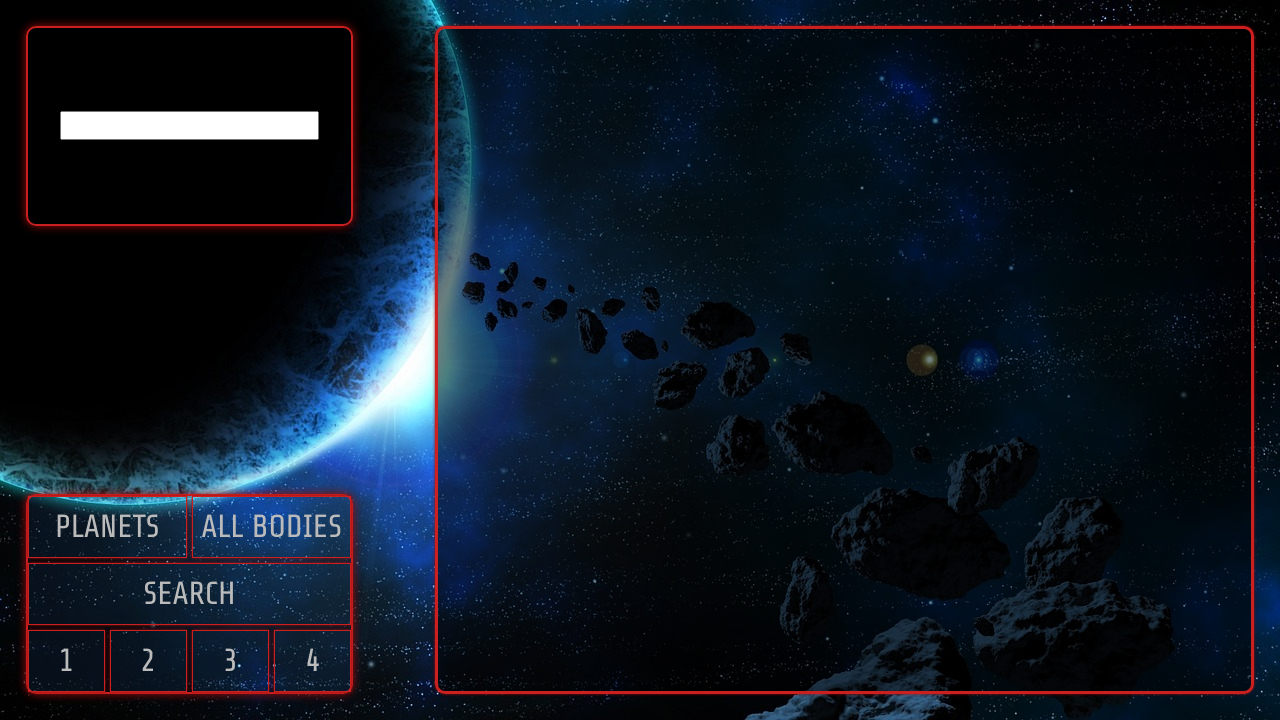
Repository: Przemek-Szadkowski/space-bodies
Page: /
An editor plug-in stored every save of this project. The page is shown before and after the next save, followed by the edit.
The browser window is 1280 px wide. The pictures show the whole page.
The page's requests for data from a server got no answer. The project was rebuilt for these pictures with package versions that can differ from the ones it lists, and the page was loaded fresh each time. No one was signed in, and anything a server would have sent is missing. Also part of the build but not shown: src/components/BodieRecord.js.

Above is the page before, as saved 2021-11-27 14:06:52.

### public/index.html
<!DOCTYPE html>
<html lang="en">
  <head>
    <meta charset="utf-8" />
    <meta name="viewport" content="width=device-width, initial-scale=1" />
    <meta />
    <title>Space-bodies</title>
    <link
      href="https://fonts.googleapis.com/css2?family=Share+Tech&display=swap"
      rel="stylesheet"
    />
  </head>
  <body>
    <noscript>You need to enable JavaScript to run this app.</noscript>
    <div id="root"></div>
  </body>
</html>

### src/index.css
* {
  margin: 0;
  padding: 0;
  box-sizing: border-box;
  font-family: "Share Tech", sans-serif;
}

body {
  height: 100vh;
  width: 100%;
  background-image: url(./images/space-g1a6520065_1280.jpg);
  background-position: center;
  background-repeat: no-repeat;
  background-size: cover;
  overflow: hidden;
  transition: 1s;
}

main {
  height: 100vh;
  width: 100%;
  padding: 2%;
  display: grid;
  grid-template-columns: 1fr 2fr;
  grid-template-rows: 1fr 1fr;
}

/***DASHBOARD ***/

.dashboard {
  display: grid;
  grid-template-columns: repeat(4, 1fr);
  grid-template-rows: repeat(3, 1fr);
  column-gap: 5px;
  row-gap: 5px;
  align-self: end;
  justify-self: start;
  grid-area: 2/1/3/2;
  height: 200px;
  width: 80%;
  border: 2px solid rgb(202, 32, 32);
  border-radius: 10px;
  box-shadow: 0 0 10px rgb(155, 11, 11);
}

.dashboard__btn {
  display: flex;
  justify-content: center;
  align-items: center;
  height: 100%;
  width: 100%;
  color: #bbb;
  font-size: 2rem;
  border: 1px solid rgb(202, 32, 32);
  box-shadow: 0 0 3px rgb(155, 11, 11);
  background-color: transparent;
  transition: 0.5s;
  text-transform: uppercase;
  background-color: rgba(39, 123, 201, 0.1);
}

.dashboard__btn:hover {
  cursor: pointer;
  box-shadow: 0 0 30px rgb(155, 11, 11);
  color: rgba(202, 32, 32, 0.9);
  background-color: rgba(0, 0, 0, 0.3);
}

.dashboard__btn__main:nth-child(1) {
  grid-column: 1/3;
}

.dashboard__btn__main:nth-child(2) {
  grid-column: 3/5;
}

.dashboard__btn__start {
  grid-column: 1/5;
}

/*** MAIN TEXT AREA ***/

.text {
  display: flex;
  justify-content: center;
  align-items: center;
  grid-area: 1/2/3/3;
  height: 100%;
  width: 100%;
  border: 3px solid rgb(202, 32, 32);
  box-shadow: 0 0 3px rgb(155, 11, 11);
  border-radius: 10px;
  background-color: rgba(0, 0, 0, 0.5);
  overflow: scroll;
  -ms-overflow-style: none; /* IE and Edge */
  scrollbar-width: none; /* Firefox */
}

.text::-webkit-scrollbar {
  display: none; /* Chrome, Opera */
}

.mainList {
  width: 99%;
  height: 100%;
  padding: 5px 0;
  border-radius: 10px;
  display: grid;
  grid-template-columns: repeat(4, 1fr);
  grid-template-rows: auto;
  gap: 7px;
}

.record {
  color: rgba(202, 32, 32, 0.7);
  width: 100%;
  display: grid;
  grid-template-columns: 1fr;
  grid-template-rows: 1fr;
  background-color: rgba(39, 123, 201, 0.1);
  border: 2px solid rgb(6, 32, 56);
  border-radius: 10px;
  padding: 15px;
  transition: 0.5s;
}

.record:hover {
  cursor: pointer;
  background-color: rgba(39, 123, 201, 0.3);
  color: rgba(202, 32, 32, 0.9);
}

.record p {
  width: 100%;
  font-size: 1.8rem;
  margin-left: 20px;
  margin-bottom: 10px;
}

.record p.bodie-data {
  font-size: 1rem;
  color: #bbb;
  margin-bottom: 0px;
}

/*** SEARCH INPUT ***/

.search {
  display: grid;
  grid-template-columns: 1fr;
  grid-template-rows: 1fr;
  justify-items: center;
  align-items: center;
  grid-area: 1/1/2/2;
  height: 200px;
  width: 80%;
  border: 2px solid rgb(202, 32, 32);
  border-radius: 10px;
  box-shadow: 0 0 10px rgb(155, 11, 11);
}

.search input {
  height: 15%;
  width: 80%;
}

### src/App.js
import React, { useState, useEffect } from 'react';
import BodiesTable from "./components/BodiesTable";
import Dashboard from "./components/Dashboard";
import SearchInput from './components/SearchInput';

const ENDPOINT = 'https://api.le-systeme-solaire.net/rest/bodies/';

function App() {

  const [bodies, setBodies] = useState([]);
  const [arePlanets, setArePlanets] = useState(false);
  const [isSearchInput, setIsSearchInput] = useState(true);

  const getData = async () => {
    const response = await fetch(ENDPOINT);
    const bodiesData = await response.json();
    setBodies(bodiesData);
  }

  const showPlanets = () => {
    setArePlanets(true);
  }

  const showAllBodies = () => {
    setArePlanets(false);
  }

  const showSearchInput = () => {
    setIsSearchInput(true);
  }

  const hideSearchInput = () => {
    setIsSearchInput(false);
  }

  useEffect(() => {
      getData();
  }, []);

  return (
    <main>
      {isSearchInput ? <SearchInput/> : null}
      <Dashboard showPlanets={showPlanets} showAllBodies={showAllBodies}/>
      <BodiesTable bodies={arePlanets ? bodies.bodies.filter(body => body.isPlanet) : bodies.bodies}/>
    </main>
  );
}

export default App;

### src/components/BodiesTable.js
import React from 'react';
import BodieRecord from './BodieRecord';

export default function BodiesTable(props) {
    return (
        <div className="text">
            <div className="mainList">
               {props.bodies && props.bodies.map( bodie => {
                   return <BodieRecord key={bodie.id} data={bodie}/>
               })}
            </div>
        </div>
    )
}

### src/components/Dashboard.js
import React from 'react'

export default function Dashboard(props) {
    return (
        <div className="dashboard">
            <button
            className="dashboard__btn dashboard__btn__main dashboard__btn__main__planets" onClick={props.showPlanets}>Planets</button>
            <button className="dashboard__btn dashboard__btn__main" onClick={props.showAllBodies}>All bodies</button>
            <button className="dashboard__btn dashboard__btn__start">Search</button>
            <button className="dashboard__btn dashboard__btn__options">1</button>
            <button className="dashboard__btn dashboard__btn__options">2</button>
            <button className="dashboard__btn dashboard__btn__options">3</button>
            <button className="dashboard__btn dashboard__btn__options">4</button>
        </div>
    )
}

### src/components/SearchInput.js
import React from 'react'

export default function SearchInput() {
    return (
        <div className="search">
            <input type="search" />
        </div>
    )
}

Loaded but not shown: src/index.js (common file)

After the next save:
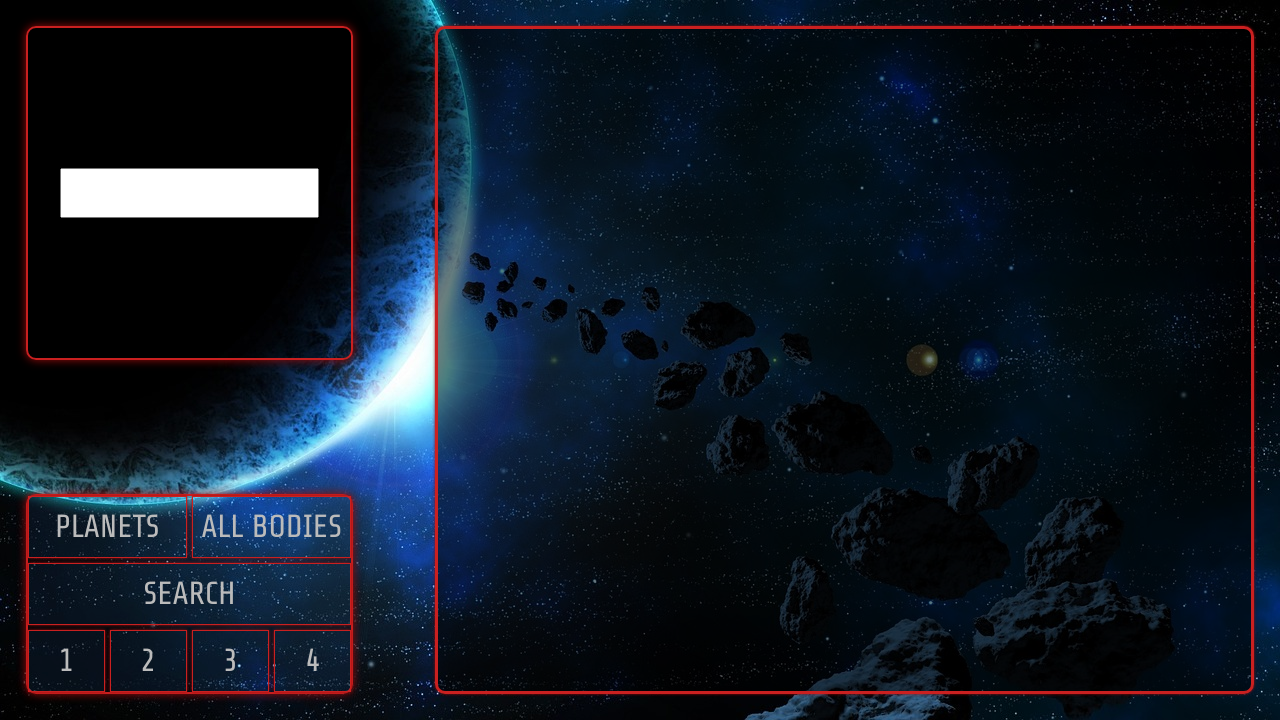
Saved 7 s later.
--- a/src/index.css
+++ b/src/index.css
@@ -152,7 +152,7 @@
   justify-items: center;
   align-items: center;
   grid-area: 1/1/2/2;
-  height: 200px;
+  height: 100%;
   width: 80%;
   border: 2px solid rgb(202, 32, 32);
   border-radius: 10px;

After the save that followed:
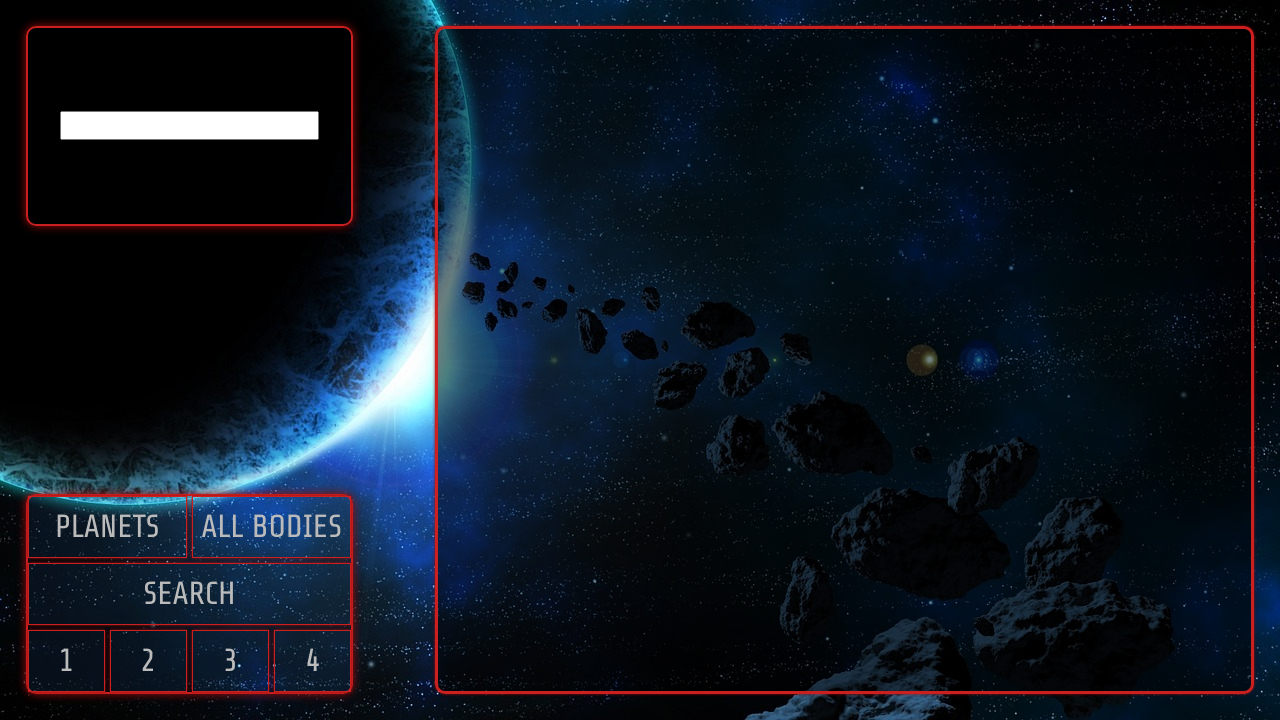
Saved 34 s later.
--- a/src/index.css
+++ b/src/index.css
@@ -152,7 +152,7 @@
   justify-items: center;
   align-items: center;
   grid-area: 1/1/2/2;
-  height: 100%;
+  height: 200px;
   width: 80%;
   border: 2px solid rgb(202, 32, 32);
   border-radius: 10px;
